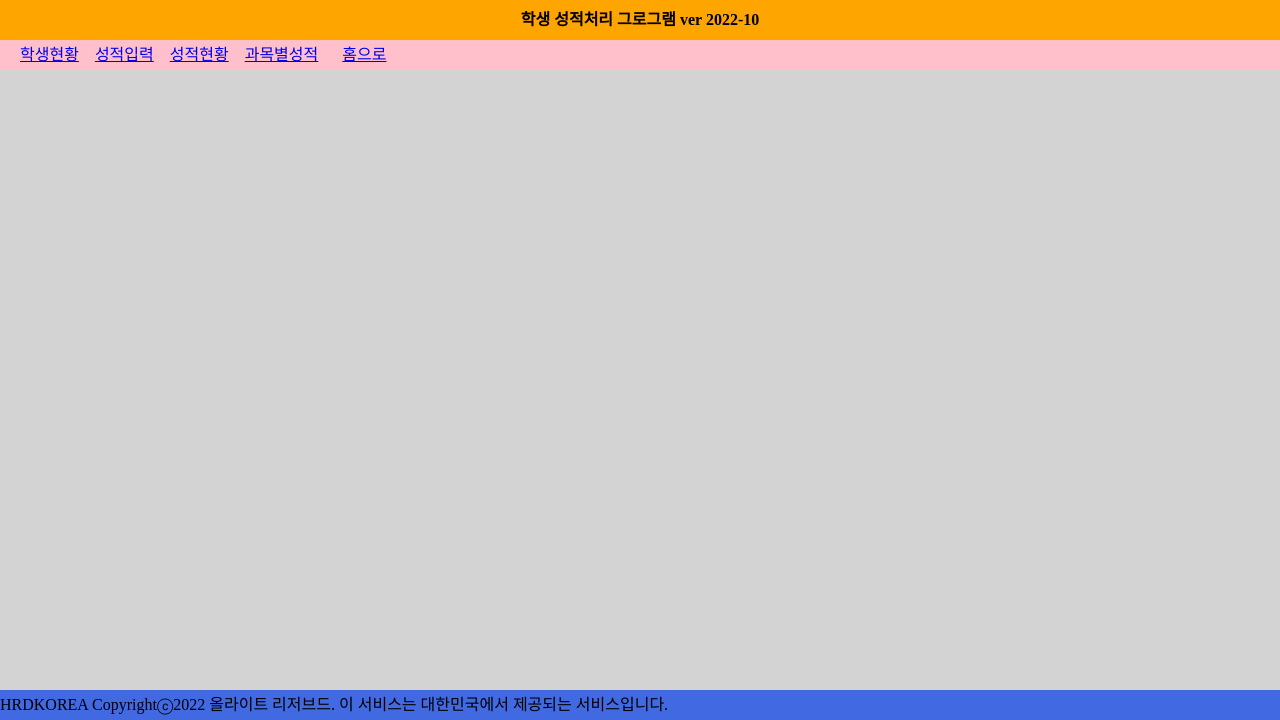
Repository: GotChun/license_practice
Page: http://localhost/HRD_0525/
These files come from the project's save history. The page is drawn as it stood at one moment and after the next save; the edit follows.
The browser window is 1280 px wide. The pictures show the whole page.
The page is served by Tomcat 9.

Above is the page before, as saved 2025-02-22 07:36:13.

### HRD_0525/src/main/webapp/index.jsp
<%@ page language="java" contentType="text/html; charset=UTF-8"
	pageEncoding="UTF-8"%>
<!DOCTYPE html>
<html>
<head>
<meta charset="UTF-8">
<title>index</title>
</head>
<body>

<jsp:include page="header.jsp"></jsp:include>

<section style="position:fixed; top:70px; left:0px; width:100%; height:100%; background-color:lightgray;">

</section>

<jsp:include page="footer.jsp"></jsp:include>

</body>
</html>

### HRD_0525/src/main/webapp/header.jsp
<%@ page language="java" contentType="text/html; charset=UTF-8"
    pageEncoding="UTF-8"%>
<!DOCTYPE html>
<html>
<head>
<meta charset="UTF-8">
<title>header</title>
</head>
<body>
	<header
		style="position: fixed; top: 0; left:0px; width: 100%; height: 40px; line-height: 40px; background-color: orange; text-align: center">
		<b>학생 성적처리 그로그램 ver 2022-10</b>
	</header>

	<nav style="position:fixed; top:40px; left:0px; width:100%; height:30px; line-height:30px; background-color: pink; padding-left:20px; ">
		<a href="slist.jsp">학생현황</a> &nbsp;&nbsp;
		<a href="insert.jsp">성적입력</a> &nbsp;&nbsp;
		<a href="jumlist.jsp">성적현황</a> &nbsp;&nbsp;
		<a href="search.jsp">과목별성적</a> &nbsp;&nbsp;&nbsp;&nbsp;
		<a href="index.jsp">홈으로</a>
	</nav>
</body>
</html>

### HRD_0525/src/main/webapp/footer.jsp
<%@ page language="java" contentType="text/html; charset=UTF-8"
    pageEncoding="UTF-8"%>
<!DOCTYPE html>
<html>
<head>
<meta charset="UTF-8">
<title>footer</title>
</head>
<body>
<footer style="position:fixed; bottom:0;left:0; width:100%; height:30px; line-height:30px; background-color: royalblue;">
HRDKOREA Copyrightⓒ2022 올라이트 리저브드. 이 서비스는 대한민국에서 제공되는 서비스입니다.
</footer>
</body>
</html>

After the next save:
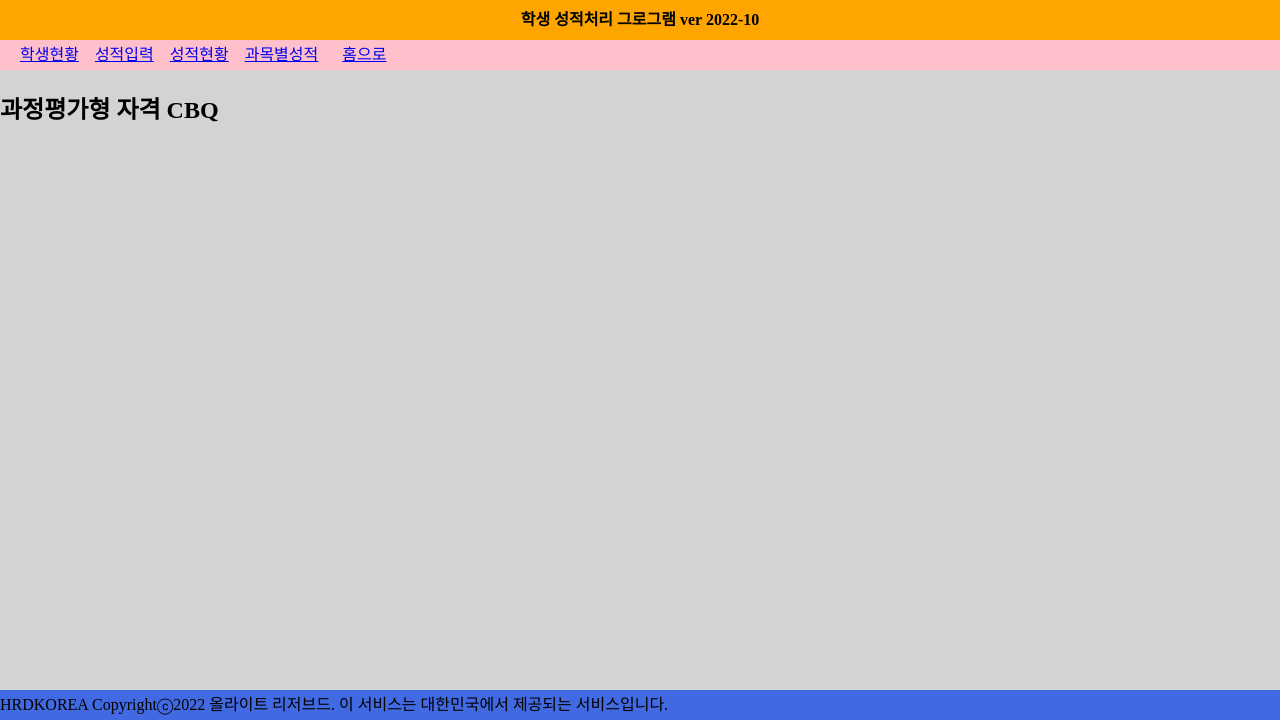
Saved 19 s later.
--- a/HRD_0525/src/main/webapp/index.jsp
+++ b/HRD_0525/src/main/webapp/index.jsp
@@ -11,7 +11,7 @@
 <jsp:include page="header.jsp"></jsp:include>
 
 <section style="position:fixed; top:70px; left:0px; width:100%; height:100%; background-color:lightgray;">
-
+<h2> 과정평가형 자격 CBQ</h2>
 </section>
 
 <jsp:include page="footer.jsp"></jsp:include>
